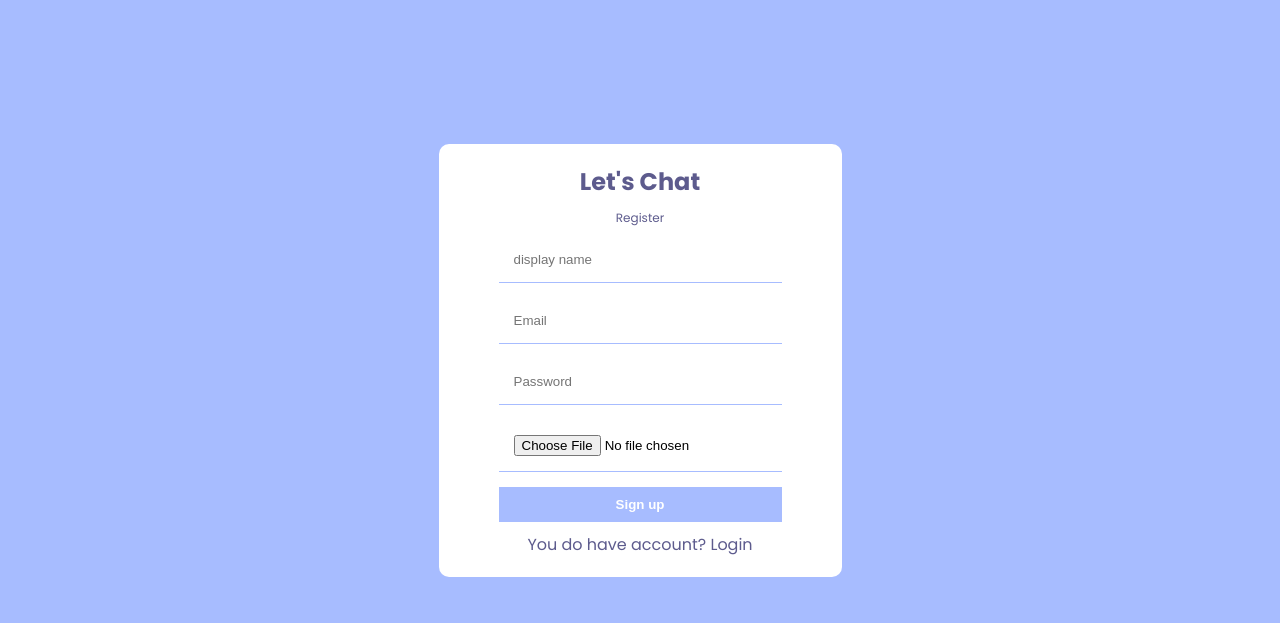
Repository: shikubro90/chatapp
Page: /
These files come from the project's save history. The page is drawn as it stood at one moment and after a run of saves; the edit follows.
The browser window is 1280 px wide. The pictures show the whole page.
The project was rebuilt for these pictures with package versions that can differ from the ones it lists, and the page was loaded fresh each time.

Above is the page before, as saved 2022-09-08 15:45:41.

### src/App.js
import './App.css';
import Register from './pages/Register';
import './style.scss'

function App() {
  return (
    <div className="App">
      <Register/>
    </div>
  );
}

export default App;

### src/App.css
@import url(https://fonts.googleapis.com/css?family=Poppins:100,100italic,200,200italic,300,300italic,regular,italic,500,500italic,600,600italic,700,700italic,800,800italic,900,900italic);



*{
  margin: 0;
  padding: 0;
}

body,html{
  font-family: "Poppins", sans-serif, system-ui, -apple-system, BlinkMacSystemFont, 'Segoe UI', Roboto, Oxygen, Ubuntu, Cantarell, 'Open Sans', 'Helvetica Neue', sans-serif;
  box-sizing: border-box;
}


/* .App {
  text-align: center;
}

.App-logo {
  height: 40vmin;
  pointer-events: none;
}

@media (prefers-reduced-motion: no-preference) {
  .App-logo {
    animation: App-logo-spin infinite 20s linear;
  }
}

.App-header {
  background-color: #282c34;
  min-height: 100vh;
  display: flex;
  flex-direction: column;
  align-items: center;
  justify-content: center;
  font-size: calc(10px + 2vmin);
  color: white;
}

.App-link {
  color: #61dafb;
}

@keyframes App-logo-spin {
  from {
    transform: rotate(0deg);
  }
  to {
    transform: rotate(360deg);
  }
} */

### src/pages/Register.jsx


const Register = () => {
  return (
    <div className='formContainer'>
        <div className="formWrapper">

            <span className='logo'>Let's Chat</span>
            <span className='title'>Register</span>

            <form action="">
                <input type="text" placeholder='display name' />
                <input type="email" placeholder='Email'/>
                <input type="password" placeholder='Password'/>
                <input type="file" />

                <button>Sign up</button>
            </form>

            <p>You do have account? Login</p>

        </div>
    </div>
  )
}

export default Register

### src/style.scss
.formContainer{
    background-color: #a7bcff;
    height: 100vh;
    display: flex;
    align-items: center;
    justify-content: center;

    .formWrapper{

        background-color: white;
        padding: 20px 60px;
        border-radius: 10px;
        display: flex;
        flex-direction: column;
        gap: 10px;
        align-items: center;

        form{

            display: flex;
            flex-direction: column;
            gap: 15px;

            input{
                padding: 15px;
                border: none;
                border-bottom: 1px solid #a7bcff;
                outline: none;
            }&::placeholder{
                color: rgba(175, 175, 175);
            }

            button{
                background-color: #a7bcff;
                color: white;
                padding: 10px;
                font-weight: bold;
                border: none;
                cursor: pointer;
            }
        }

        p{
            color: #5d5b8d;

        }

        .logo{
            color: #5d5b8d;
            font-weight: bold;
            font-size: 24px;
        }

        .title{
            color: #5d5b8d;
            font-size: 12px;
        }
    }
}

Loaded but not shown: src/index.js (common file)

After the next 5 saves:
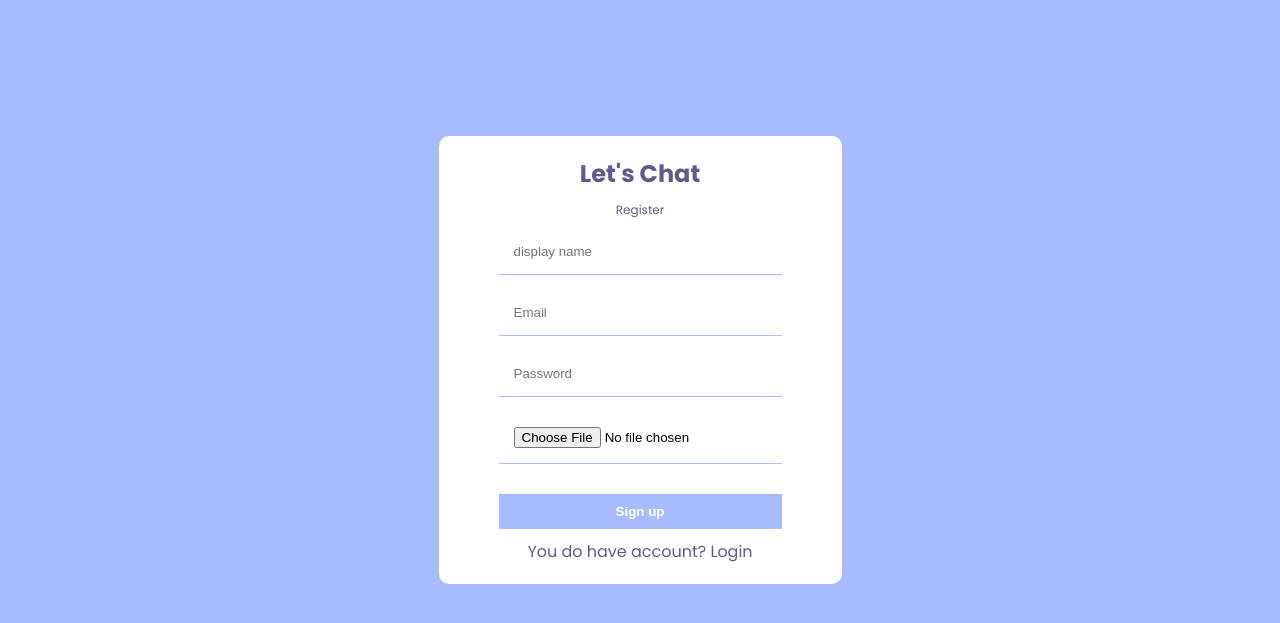
The 5 saves are shown as one change because they came seconds apart.
The last was saved 12 s later.
--- a/src/pages/Register.jsx
+++ b/src/pages/Register.jsx
@@ -12,8 +12,8 @@ const Register = () => {
                 <input type="text" placeholder='display name' />
                 <input type="email" placeholder='Email'/>
                 <input type="password" placeholder='Password'/>
-                <input type="file" />
-
+                <input type="file" id="file" />
+                <label htmlFor="id"></label>
                 <button>Sign up</button>
             </form>
 
